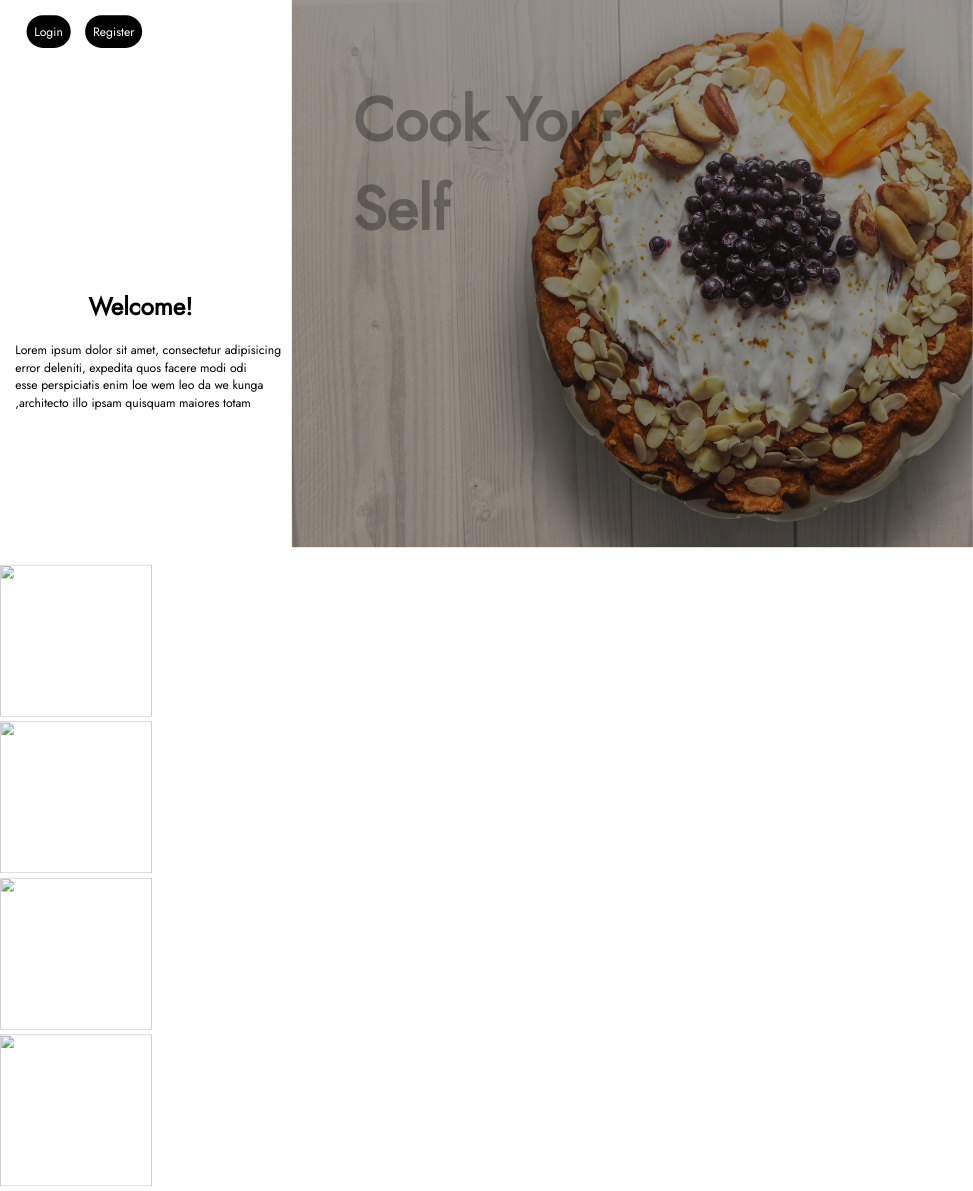
Repository: PatryxB/recipeCook
Page: http://localhost/
The author's editor kept a copy of each file at every save. The page is drawn from the files as they stood at one save, then again after the next save.
The browser window is 1280 px wide. The pictures show the whole page, at 76% of full size.
Pictures or frames that could not be fetched are drawn as grey boxes. The page is served by the project's Laravel application, run on PHP 8.4 with Laravel 8. Other server files are loaded and not shown. Style sheets and scripts are compiled from the project's sources, by tool versions that may differ from the author's.

Above is the page before, as saved 2020-05-14 19:28:35.

### resources/views/welcome.blade.php
<!DOCTYPE html>
<html lang="{{ str_replace('_', '-', app()->getLocale()) }}">
    <head>
        <meta charset="utf-8">
        <meta name="viewport" content="width=device-width, initial-scale=1">

        <title>Laravel</title>

        <!-- Fonts -->
        <link href="https://fonts.googleapis.com/css?family=Nunito:200,600" rel="stylesheet">
        <link rel="stylesheet" href="/css/app.css">

    </head>
    <body>
        @extends('layouts.app')
        @section('content')

        <div class="banner">
            <div class="right-block">
                <img src="{{asset('/img/cakebanner.jpg')}}" alt="">
                <div class="text-banner">
                    <h1>Cook Your</h1>
                    <h1>Self</h1>
                </div>
            </div>
            <div class="info">
                <div class="text">
                    <h1 style="text-align: center">Welcome!</h1>
                    <p style="margin-left:20px;">Lorem ipsum dolor sit amet, consectetur adipisicing <br>
                    error deleniti, expedita quos facere modi odi <br>
                    esse perspiciatis enim loe wem leo da we kunga<br>
                    ,architecto illo ipsam quisquam maiores totam </p>
                </div>
            </div>
        </div>
        <br style="clear: both">
        <section>
            <div>
                <div class="recipe">
                    <img src="" alt="">
                </div>
                <div class="recipe">
                    <img src="" alt="">
                </div>
                <div class="recipe">
                    <img src="" alt="">
                </div>
                <div class="recipe">
                    <img src="" alt="">
                </div>
            </div>
        </section>
        @endsection
    </body>
</html>

### resources/views/layouts/app.blade.php
<!doctype html>
<html lang="{{ str_replace('_', '-', app()->getLocale()) }}">
<head>
    <meta charset="utf-8">
    <meta name="viewport" content="width=device-width, initial-scale=1">

    <!-- CSRF Token -->
    <meta name="csrf-token" content="{{ csrf_token() }}">

    <title>{{ config('app.name', 'Laravel') }}</title>

    <!-- Scripts -->
    <script src="{{ asset('js/app.js') }}" defer></script>

    <!-- Fonts -->
    <link rel="dns-prefetch" href="//fonts.gstatic.com">
    <link href="https://fonts.googleapis.com/css?family=Nunito" rel="stylesheet">

    <!-- Styles -->
    <link href="{{ asset('css/app.css') }}" rel="stylesheet">
</head>
<body>
    <div id="app">

        <nav>
            @if (Route::has('login'))
                @auth
                    <a href="{{ url('/home') }}">Home</a>
                @else
                    <a href="{{ route('login') }}">Login</a>

                    @if (Route::has('register'))
                        <a href="{{ route('register') }}">Register</a>
                    @endif
                @endauth
            @endif
        </nav>

        <main class="py-4">
            @yield('content')
        </main>
    </>
</body>
</html>

### resources/sass/app.scss
// Fonts
@import url('https://fonts.googleapis.com/css?family=Nunito');

// Variables
@import 'variables';

@import url('https://fonts.googleapis.com/css2?family=Jost&display=swap');

html, body{
    box-sizing: border-box;
    margin: 0;
    padding: 0;
    font-family: 'Jost', sans-serif;
}
nav{
    position: absolute;
    top: 30px;
    left: 20px;
    z-index: 999;
}
nav a{
    text-decoration: none;
    color: white;
    background-color: black;
    padding: 10px;
    margin-left: 15px;
    border-radius: 25px;
}
.banner img{
    position: relative;
    float: right;
    width: 70%;
    height: 100vh;
    background-repeat: no-repeat;
    filter: brightness(60%);
}
.info{
    width: 30%;
    height: 100vh;
}
.info .text{
    position: absolute;
    top: 50%;
}
.text-banner{
    position: absolute;
    top: 30%;
    left:50%;
    transform: translate(-50%, -50%);
    opacity: .3;
    font-size: 40px;
}
.text-banner h1{
    margin-block-end: 0;
    margin-block-start: 0;
}
.recipe img{
    width: 200px;
    height: 200px;
}

Loaded but not shown: routes/web.php (common file); app/Http/Controllers/Auth/LoginController.php (common file); app/Http/Controllers/Controller.php (common file); app/Http/Controllers/Auth/ConfirmPasswordController.php (common file); resources/sass/_variables.scss (common file)

After the next save:
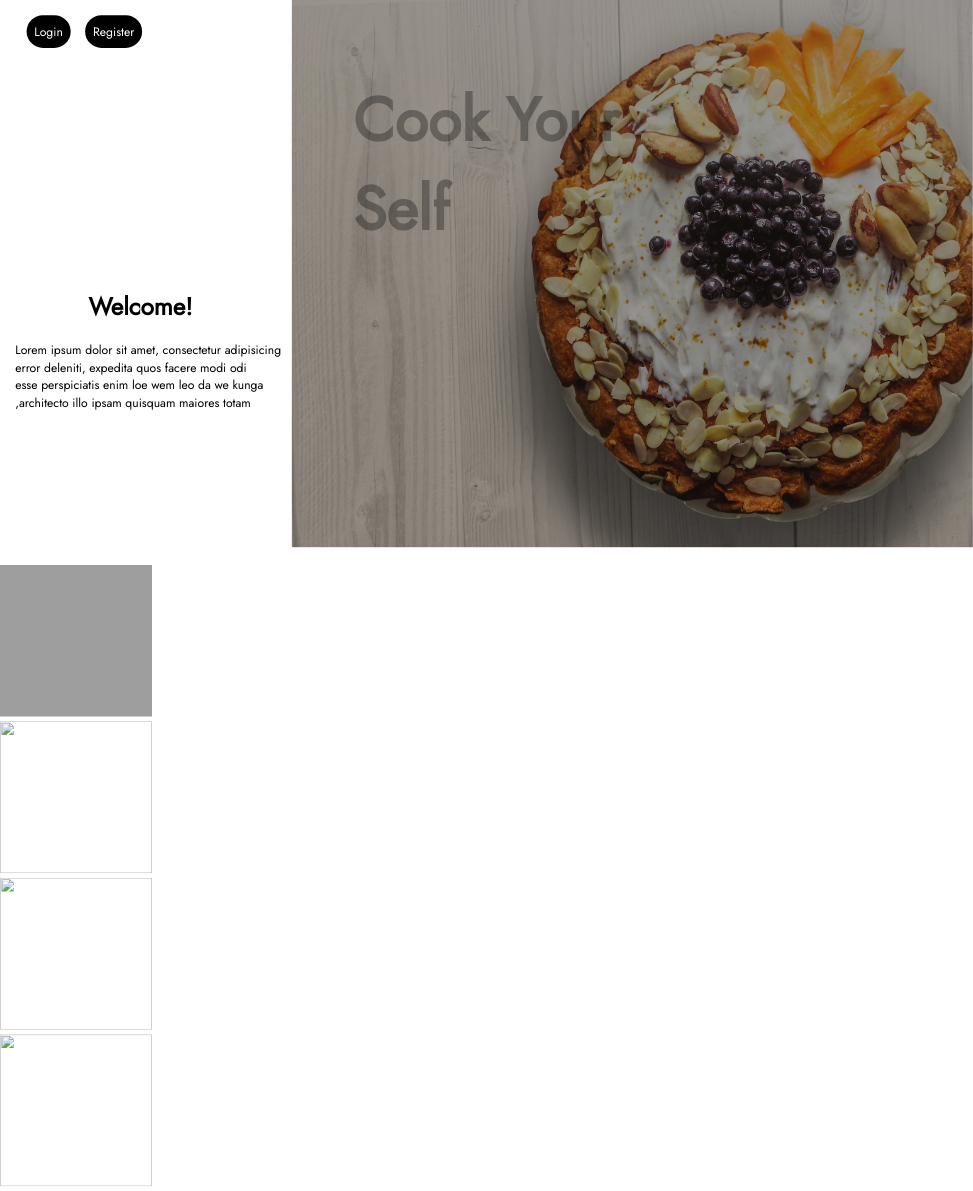
Saved 60 s later.
--- a/resources/views/welcome.blade.php
+++ b/resources/views/welcome.blade.php
@@ -37,7 +37,7 @@
         <section>
             <div>
                 <div class="recipe">
-                    <img src="" alt="">
+                    <img src="https://cdn.apartmenttherapy.info/image/upload/f_auto,q_auto:eco,c_fit,w_1060,h_1590/k%2Farchive%2F3f608f71b00084e58762bacef5d7c012b205677c" alt="">
                 </div>
                 <div class="recipe">
                     <img src="" alt="">
